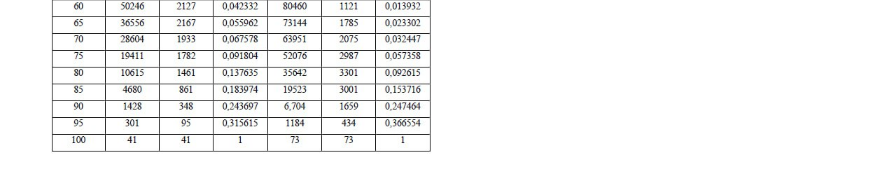
Repository: Ikromkhurozov/exam-inst
Page: index.html
The author's editor kept a copy of each file at every save. The page is drawn from the files as they stood at one save, then again after a run of saves.
The browser window is 1280 px wide. The pictures show the part of the page from y = 1408 to 3328 px (the page is 1672 px tall before and 3328 px after), at 70% of full size.

Above is the page before, as saved 2023-05-25 12:16:18.

After the next 2 saves:
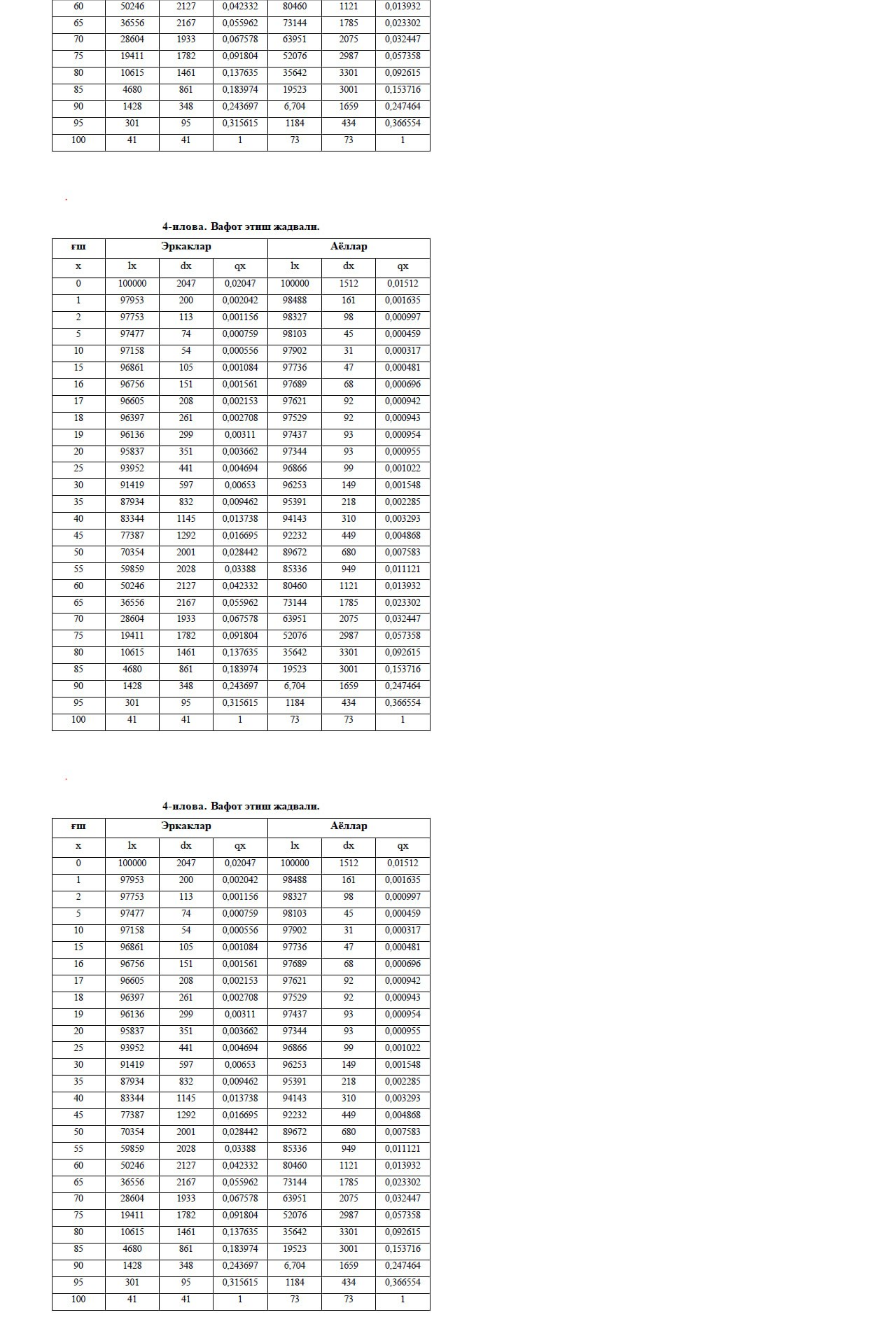
The 2 saves are shown as one change because they came seconds apart.
The last was saved 12 s later.
--- a/index.html
+++ b/index.html
@@ -16,8 +16,8 @@
 
   <img src="/p1.jpg" alt="p1">
   <img src="/p1.jpg" alt="p1">
-
-
+  <img src="/p1.jpg" alt="p1">
+  <img src="/p1.jpg" alt="p1">
 
 
 </body>
